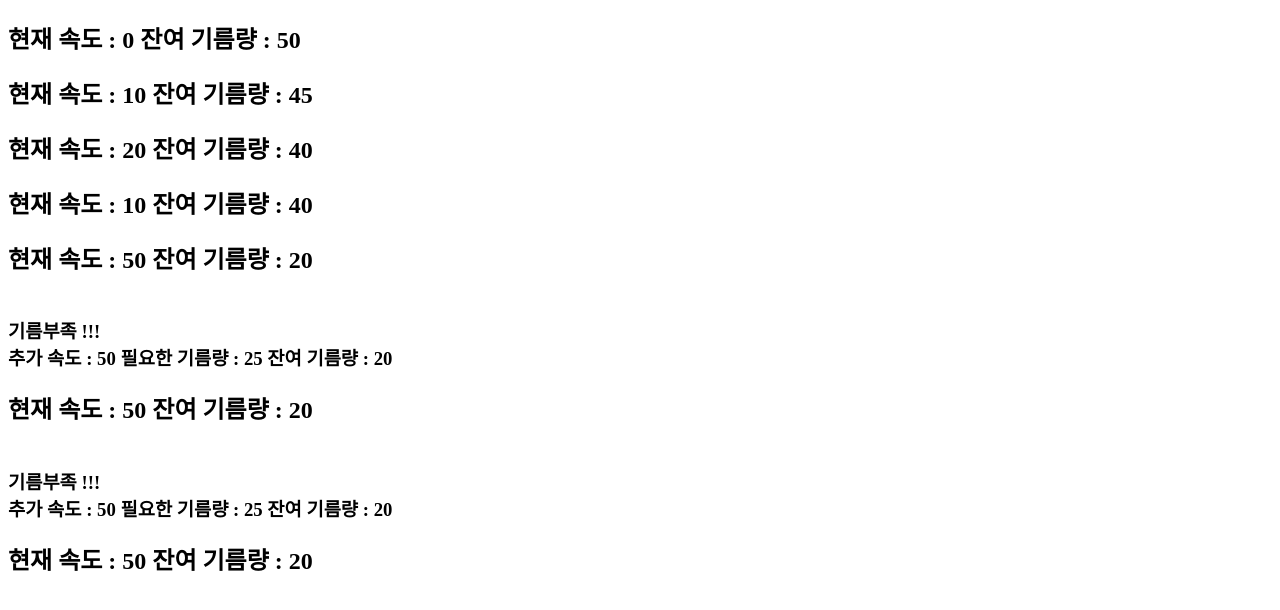
Repository: Dalso13/workspace
Page: workspace_web/chapter03_javascript/WebContent/06_객체/Ex07_객체문제.html
These files come from the project's save history. The page is drawn as it stood at one moment and after the next save; the edit follows.
The browser window is 1280 px wide. The pictures show the whole page.

Above is the page before, as saved 2023-05-11 06:42:56.

After the next save:
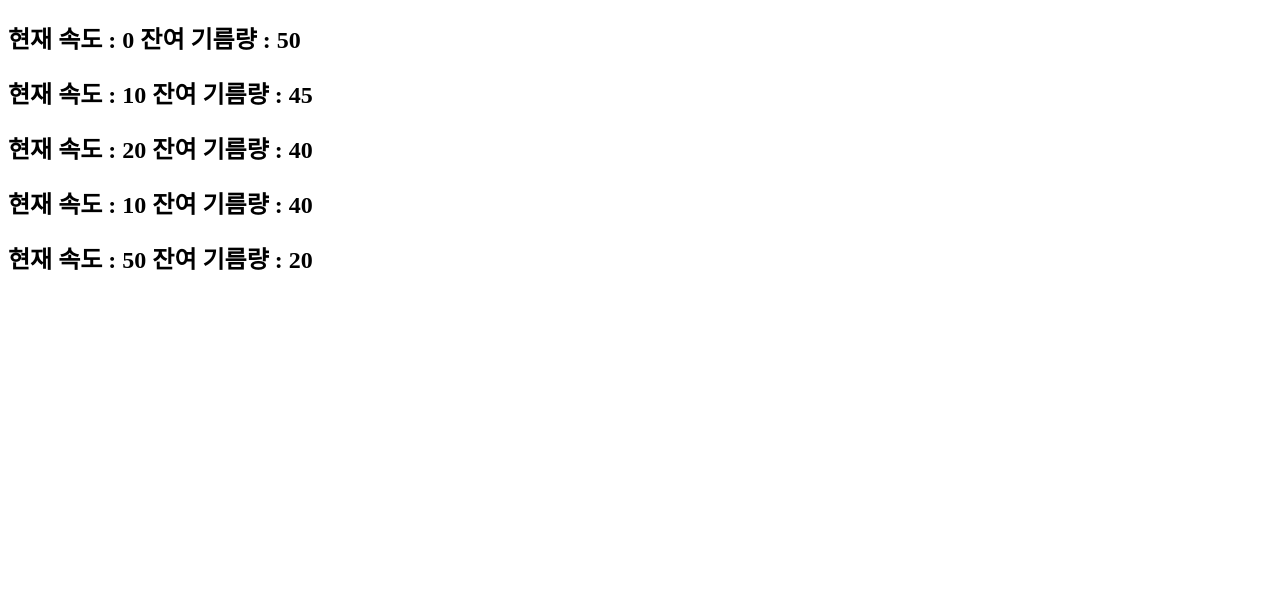
Saved 28 s later.
--- a/workspace_web/chapter03_javascript/WebContent/06_객체/Ex07_객체문제.html
+++ b/workspace_web/chapter03_javascript/WebContent/06_객체/Ex07_객체문제.html
@@ -70,11 +70,7 @@
 	car.speedUp(40);
 	document.write("<h2> 현재 속도 : " + car.speed + " 잔여 기름량 : " + car.oil + "</h2>");
 
-	car.speedUp(50);
-	document.write("<h2> 현재 속도 : " + car.speed + " 잔여 기름량 : " + car.oil + "</h2>");
 
-	car.speedUp(50);
-	document.write("<h2> 현재 속도 : " + car.speed + " 잔여 기름량 : " + car.oil + "</h2>");
 </script>
 </head>
 <body>
